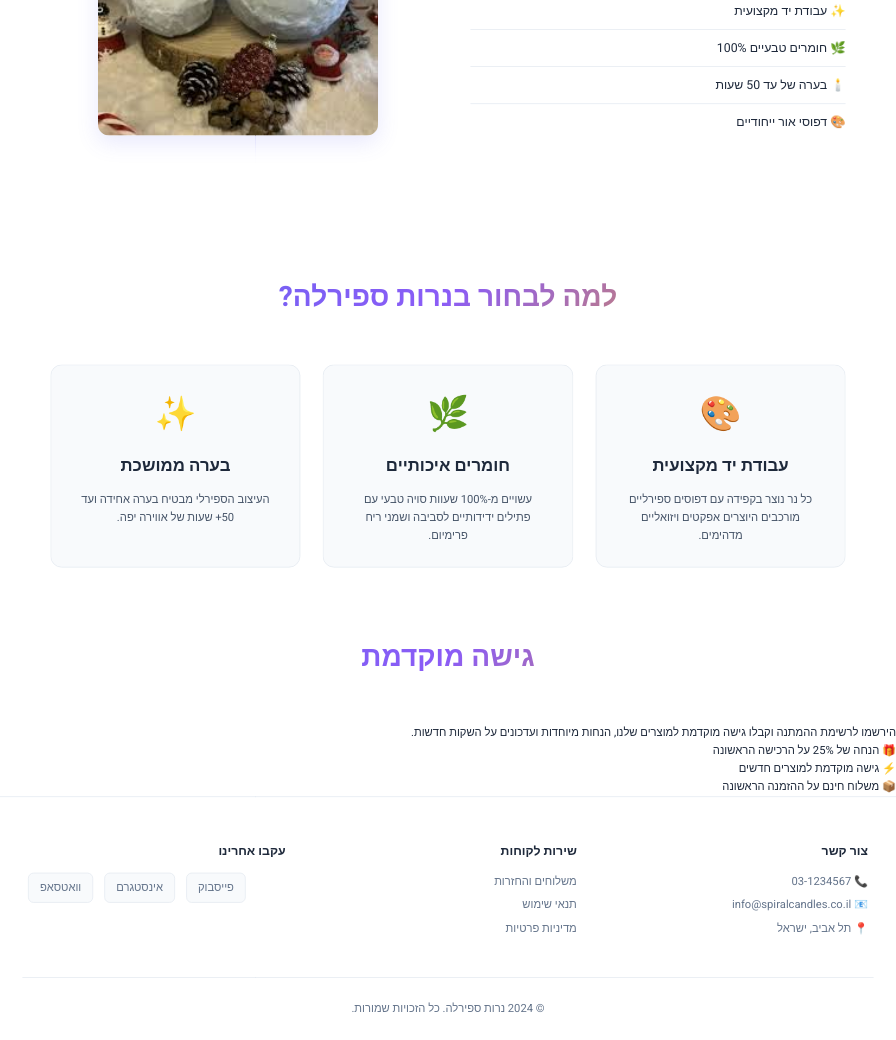
Repository: AvitaRoi/spiralcandles
Page: index.html
These files come from the project's save history. The page is drawn as it stood at one moment and after the next save; the edit follows.
The browser window is 1280 px wide. The pictures show the part of the page from y = 1214 to 3134 px (the page is 2700 px tall before and 3134 px after), at 70% of full size.

Above is the page before, as saved 2025-09-21 20:05:08.

### index.html
<!DOCTYPE html>
<html lang="he" dir="rtl">
<head>
    <meta charset="UTF-8">
    <meta name="viewport" content="width=device-width, initial-scale=1.0">
    <title>נרות ספירלה - חנות הנרות המיוחדת</title>
    <link rel="stylesheet" href="styles.css">
    <link href="https://fonts.googleapis.com/css2?family=Heebo:wght@300;400;500;600;700&display=swap" rel="stylesheet">
</head>
<body>
    <div class="container">
        <!-- Header -->
        <header class="header">
            <div class="nav-container">
                <div class="logo">
                    <span class="logo-text">נרות ספירלה</span>
                </div>
                <nav class="main-nav">
                    <a href="#products">מוצרים</a>
                    <a href="#about">אודות</a>
                    <a href="#contact">צור קשר</a>
                    <div class="cart-icon">
                        <svg width="24" height="24" viewBox="0 0 24 24" fill="none">
                            <path d="M3 3H5L5.4 5M7 13H17L21 5H5.4M7 13L5.4 5M7 13L4.7 15.3C4.3 15.7 4.6 16.5 5.1 16.5H17M17 13V17C17 18.1 16.1 19 15 19H9C7.9 19 7 18.1 7 17V13H17Z" stroke="currentColor" stroke-width="2" stroke-linecap="round" stroke-linejoin="round"/>
                        </svg>
                        <span class="cart-count">0</span>
                    </div>
                </nav>
            </div>
        </header>

        <!-- Hero Section -->
        <main class="hero">
            <div class="hero-content">
                <div class="hero-badge">
                    בקרוב
                </div>
                <h1 class="hero-title">
                    האירו את הבית שלכם עם <br>
                    <span class="gradient-text">נרות ספירלה בעבודת יד</span>
                </h1>
                <p class="hero-description">
                    חוו את השילוב המושלם של אמנות ואווירה. הנרות הספירליים הייחודיים שלנו
                    יוצרים דפוסי אור מהפנטים ומקיפים את המרחב שלכם בריחות פרימיום.
                </p>

                <!-- Waitlist Form -->
                <div class="waitlist-form">
                    <form id="waitlist-signup" class="form">
                        <div class="input-group">
                            <input
                                type="email"
                                id="email"
                                placeholder="הכניסו את כתובת המייל שלכם"
                                required
                                class="email-input"
                            >
                            <button type="submit" class="submit-btn">
                                הצטרפו לרשימת ההמתנה
                                <svg class="arrow-icon" width="16" height="16" viewBox="0 0 16 16" fill="none">
                                    <path d="M8 0L9.41 1.41L3.83 7H16V9H3.83L9.41 14.59L8 16L0 8L8 0Z" fill="currentColor"/>
                                </svg>
                            </button>
                        </div>
                    </form>

                    <div class="success-message" id="success-message">
                        <svg class="check-icon" width="20" height="20" viewBox="0 0 20 20" fill="none">
                            <circle cx="10" cy="10" r="10" fill="#10B981"/>
                            <path d="M6 10L8.5 12.5L14 7" stroke="white" stroke-width="2" stroke-linecap="round" stroke-linejoin="round"/>
                        </svg>
                        <span>תודה! נוסף לרשימה. נעדכן אתכם כשנשיק.</span>
                    </div>
                </div>

                <!-- Social Proof -->
                <div class="social-proof">
                    <span class="counter">2,847</span>
                    <span class="counter-text">אנשים כבר נרשמו</span>
                </div>
            </div>

            <!-- Hero Visual -->
            <div class="hero-visual">
                <div class="product-image-container">
                    <img src="/Users/roiavita/Desktop/Roi/Finalle/spiralcandles/public/main-candle-1.jpeg"
                         alt="נר ספירלה בעבודת יד"
                         class="main-product-image">
                </div>
            </div>
        </main>

        <!-- Preview Section -->
        <section class="preview-section" id="preview">
            <h2 class="section-title">קצת על המוצר</h2>
            <div class="preview-content">
                <div class="preview-text">
                    <h3>נרות ספירלה ייחודיים</h3>
                    <p>הנרות שלנו נוצרים בקפידה בעבודת יד, כל אחד עם דפוס ספירלי ייחודי שיוצר אפקטי אור מדהימים בחדר שלכם.</p>
                    <ul class="feature-list">
                        <li>✨ עבודת יד מקצועית</li>
                        <li>🌿 חומרים טבעיים 100%</li>
                        <li>🕯️ בערה של עד 50 שעות</li>
                        <li>🎨 דפוסי אור ייחודיים</li>
                    </ul>
                </div>
                <div class="preview-image">
                    <img src="/Users/roiavita/Desktop/Roi/Finalle/spiralcandles/public/main-candle-1.jpeg"
                         alt="פרטי נר ספירלה"
                         class="detail-image">
                </div>
            </div>
        </section>

        <!-- Features Section -->
        <section class="features" id="about">
            <h2 class="features-title">למה לבחור בנרות ספירלה?</h2>
            <div class="features-grid">
                <div class="feature-card">
                    <div class="feature-icon">🎨</div>
                    <h3>עבודת יד מקצועית</h3>
                    <p>כל נר נוצר בקפידה עם דפוסים ספירליים מורכבים היוצרים אפקטים ויזואליים מדהימים.</p>
                </div>
                <div class="feature-card">
                    <div class="feature-icon">🌿</div>
                    <h3>חומרים איכותיים</h3>
                    <p>עשויים מ-100% שעוות סויה טבעי עם פתילים ידידותיים לסביבה ושמני ריח פרימיום.</p>
                </div>
                <div class="feature-card">
                    <div class="feature-icon">✨</div>
                    <h3>בערה ממושכת</h3>
                    <p>העיצוב הספירלי מבטיח בערה אחידה ועד 50+ שעות של אווירה יפה.</p>
                </div>
            </div>
        </section>

        <!-- Early Access -->
        <section class="early-access">
            <div class="early-access-content">
                <h2 class="section-title">גישה מוקדמת</h2>
                <p class="early-access-description">
                    הירשמו לרשימת ההמתנה וקבלו גישה מוקדמת למוצרים שלנו,
                    הנחות מיוחדות ועדכונים על השקות חדשות.
                </p>
                <div class="benefits-list">
                    <div class="benefit-item">
                        <span class="benefit-icon">🎁</span>
                        <span>הנחה של 25% על הרכישה הראשונה</span>
                    </div>
                    <div class="benefit-item">
                        <span class="benefit-icon">⚡</span>
                        <span>גישה מוקדמת למוצרים חדשים</span>
                    </div>
                    <div class="benefit-item">
                        <span class="benefit-icon">📦</span>
                        <span>משלוח חינם על ההזמנה הראשונה</span>
                    </div>
                </div>
            </div>
        </section>

        <!-- Footer -->
        <footer class="footer" id="contact">
            <div class="footer-content">
                <div class="footer-section">
                    <h4>צור קשר</h4>
                    <p>📞 03-1234567</p>
                    <p>📧 info@spiralcandles.co.il</p>
                    <p>📍 תל אביב, ישראל</p>
                </div>
                <div class="footer-section">
                    <h4>שירות לקוחות</h4>
                    <a href="#">משלוחים והחזרות</a>
                    <a href="#">תנאי שימוש</a>
                    <a href="#">מדיניות פרטיות</a>
                </div>
                <div class="footer-section">
                    <h4>עקבו אחרינו</h4>
                    <div class="social-links">
                        <a href="#">פייסבוק</a>
                        <a href="#">אינסטגרם</a>
                        <a href="#">וואטסאפ</a>
                    </div>
                </div>
            </div>
            <div class="footer-bottom">
                <p>&copy; 2024 נרות ספירלה. כל הזכויות שמורות.</p>
            </div>
        </footer>
    </div>

    <script src="script.js"></script>
</body>
</html>

### styles.css
/* Reset and Base Styles */
* {
    margin: 0;
    padding: 0;
    box-sizing: border-box;
}

:root {
    --primary-color: #6366f1;
    --primary-dark: #4f46e5;
    --secondary-color: #f59e0b;
    --background: #ffffff;
    --surface: #f8fafc;
    --text-primary: #1e293b;
    --text-secondary: #475569;
    --text-muted: #64748b;
    --border-color: #e2e8f0;
    --success-color: #10b981;
    --gradient: linear-gradient(135deg, #6366f1 0%, #8b5cf6 50%, #f59e0b 100%);
    --glow: 0 0 30px rgba(99, 102, 241, 0.3);
}

body {
    font-family: 'Heebo', -apple-system, BlinkMacSystemFont, 'Segoe UI', sans-serif;
    background: var(--background);
    color: var(--text-primary);
    line-height: 1.6;
    overflow-x: hidden;
    direction: rtl;
}

.container {
    min-height: 100vh;
    position: relative;
}

/* Background Effects */
body::before {
    content: '';
    position: fixed;
    top: 0;
    left: 0;
    width: 100%;
    height: 100%;
    background:
        radial-gradient(circle at 20% 50%, rgba(99, 102, 241, 0.03) 0%, transparent 50%),
        radial-gradient(circle at 80% 20%, rgba(139, 92, 246, 0.03) 0%, transparent 50%),
        radial-gradient(circle at 40% 80%, rgba(245, 158, 11, 0.02) 0%, transparent 50%);
    pointer-events: none;
    z-index: -1;
}

/* Header */
.header {
    padding: 1.5rem 0;
    border-bottom: 1px solid var(--border-color);
}

.nav-container {
    max-width: 1200px;
    margin: 0 auto;
    padding: 0 2rem;
    display: flex;
    justify-content: space-between;
    align-items: center;
}

.logo-text {
    font-size: 1.5rem;
    font-weight: 700;
    background: var(--gradient);
    -webkit-background-clip: text;
    background-clip: text;
    -webkit-text-fill-color: transparent;
    color: transparent;
}

.main-nav {
    display: flex;
    align-items: center;
    gap: 2rem;
}

.main-nav a {
    color: var(--text-secondary);
    text-decoration: none;
    font-weight: 500;
    transition: color 0.3s ease;
}

.main-nav a:hover {
    color: var(--primary-color);
}

.cart-icon {
    position: relative;
    display: flex;
    align-items: center;
    color: var(--text-primary);
    cursor: pointer;
    transition: color 0.3s ease;
}

.cart-icon:hover {
    color: var(--primary-color);
}

.cart-count {
    position: absolute;
    top: -8px;
    left: -8px;
    background: var(--primary-color);
    color: white;
    border-radius: 50%;
    width: 18px;
    height: 18px;
    font-size: 0.75rem;
    display: flex;
    align-items: center;
    justify-content: center;
    font-weight: 600;
}

/* Hero Section */
.hero {
    display: grid;
    grid-template-columns: 1fr 1fr;
    gap: 4rem;
    max-width: 1200px;
    margin: 0 auto;
    padding: 4rem 2rem;
    align-items: center;
    min-height: 70vh;
}

.hero-content {
    max-width: 600px;
}

.hero-badge {
    display: inline-block;
    padding: 0.5rem 1rem;
    background: rgba(99, 102, 241, 0.1);
    border: 1px solid rgba(99, 102, 241, 0.2);
    border-radius: 2rem;
    font-size: 0.875rem;
    font-weight: 500;
    color: var(--primary-color);
    margin-bottom: 2rem;
    animation: glow-pulse 2s ease-in-out infinite alternate;
}

@keyframes glow-pulse {
    from { box-shadow: 0 0 10px rgba(99, 102, 241, 0.1); }
    to { box-shadow: 0 0 20px rgba(99, 102, 241, 0.2); }
}

.hero-title {
    font-size: 3.5rem;
    font-weight: 700;
    line-height: 1.1;
    margin-bottom: 1.5rem;
    letter-spacing: -0.02em;
}

.gradient-text {
    background: var(--gradient);
    -webkit-background-clip: text;
    background-clip: text;
    -webkit-text-fill-color: transparent;
    color: transparent;
}

.hero-description {
    font-size: 1.25rem;
    color: var(--text-secondary);
    margin-bottom: 3rem;
    line-height: 1.6;
}

/* Waitlist Form */
.waitlist-form {
    margin-bottom: 2rem;
}

.form {
    position: relative;
}

.input-group {
    display: flex;
    gap: 1rem;
    margin-bottom: 1rem;
}

.email-input {
    flex: 1;
    padding: 1rem 1.5rem;
    background: var(--surface);
    border: 2px solid var(--border-color);
    border-radius: 0.75rem;
    color: var(--text-primary);
    font-size: 1rem;
    transition: all 0.3s ease;
}

.email-input:focus {
    outline: none;
    border-color: var(--primary-color);
    box-shadow: var(--glow);
}

.email-input::placeholder {
    color: var(--text-muted);
}

.submit-btn {
    padding: 1rem 2rem;
    background: var(--gradient);
    border: none;
    border-radius: 0.75rem;
    color: white;
    font-weight: 600;
    font-size: 1rem;
    cursor: pointer;
    display: flex;
    align-items: center;
    gap: 0.5rem;
    transition: all 0.3s ease;
    white-space: nowrap;
}

.submit-btn:hover {
    transform: translateY(-2px);
    box-shadow: 0 10px 25px rgba(99, 102, 241, 0.3);
}

.submit-btn:active {
    transform: translateY(0);
}

.arrow-icon {
    transition: transform 0.3s ease;
}

.submit-btn:hover .arrow-icon {
    transform: translateX(-4px);
}

.success-message {
    display: none;
    align-items: center;
    gap: 0.75rem;
    padding: 1rem 1.5rem;
    background: rgba(16, 185, 129, 0.1);
    border: 1px solid rgba(16, 185, 129, 0.3);
    border-radius: 0.75rem;
    color: var(--success-color);
    font-weight: 500;
    animation: slide-in 0.5s ease;
}

.success-message.show {
    display: flex;
}

@keyframes slide-in {
    from {
        opacity: 0;
        transform: translateY(10px);
    }
    to {
        opacity: 1;
        transform: translateY(0);
    }
}

/* Social Proof */
.social-proof {
    display: flex;
    align-items: center;
    gap: 0.5rem;
    color: var(--text-muted);
}

.counter {
    font-weight: 600;
    color: var(--primary-color);
    font-size: 1.1rem;
}

/* Hero Visual */
.hero-visual {
    display: flex;
    justify-content: center;
    align-items: center;
    position: relative;
}

.product-image-container {
    position: relative;
    width: 400px;
    height: 500px;
    display: flex;
    justify-content: center;
    align-items: center;
    background: linear-gradient(135deg, rgba(99, 102, 241, 0.05) 0%, rgba(139, 92, 246, 0.05) 100%);
    border-radius: 2rem;
    overflow: hidden;
    box-shadow: 0 20px 60px rgba(99, 102, 241, 0.1);
}

.main-product-image {
    width: 100%;
    height: 100%;
    object-fit: cover;
    border-radius: 2rem;
    transition: transform 0.3s ease;
}

.main-product-image:hover {
    transform: scale(1.05);
}

/* Preview Section */
.preview-section {
    padding: 6rem 2rem;
    max-width: 1200px;
    margin: 0 auto;
}

.section-title {
    font-size: 2.5rem;
    font-weight: 700;
    margin-bottom: 4rem;
    background: var(--gradient);
    -webkit-background-clip: text;
    background-clip: text;
    -webkit-text-fill-color: transparent;
    color: transparent;
    text-align: center;
}

.preview-content {
    display: grid;
    grid-template-columns: 1fr 1fr;
    gap: 4rem;
    align-items: center;
}

.preview-text h3 {
    font-size: 2rem;
    font-weight: 600;
    margin-bottom: 1.5rem;
    color: var(--text-primary);
}

.preview-text p {
    font-size: 1.1rem;
    color: var(--text-secondary);
    line-height: 1.6;
    margin-bottom: 2rem;
}

.feature-list {
    list-style: none;
    padding: 0;
}

.feature-list li {
    padding: 0.75rem 0;
    font-size: 1.1rem;
    color: var(--text-primary);
    border-bottom: 1px solid var(--border-color);
}

.feature-list li:last-child {
    border-bottom: none;
}

.preview-image {
    display: flex;
    justify-content: center;
    align-items: center;
}

.detail-image {
    width: 100%;
    max-width: 400px;
    height: auto;
    border-radius: 1rem;
    box-shadow: 0 10px 30px rgba(99, 102, 241, 0.15);
    transition: transform 0.3s ease;
}

.detail-image:hover {
    transform: scale(1.02);
}

/* Features Section */
.features {
    padding: 6rem 2rem;
    max-width: 1200px;
    margin: 0 auto;
    text-align: center;
}

.features-title {
    font-size: 2.5rem;
    font-weight: 700;
    margin-bottom: 4rem;
    background: var(--gradient);
    -webkit-background-clip: text;
    background-clip: text;
    -webkit-text-fill-color: transparent;
    color: transparent;
}

.features-grid {
    display: grid;
    grid-template-columns: repeat(auto-fit, minmax(300px, 1fr));
    gap: 2rem;
}

.feature-card {
    padding: 2rem;
    background: var(--surface);
    border: 1px solid var(--border-color);
    border-radius: 1rem;
    transition: all 0.3s ease;
}

.feature-card:hover {
    transform: translateY(-5px);
    border-color: var(--primary-color);
    box-shadow: 0 10px 30px rgba(99, 102, 241, 0.1);
}

.feature-icon {
    font-size: 3rem;
    margin-bottom: 1rem;
}

.feature-card h3 {
    font-size: 1.5rem;
    font-weight: 600;
    margin-bottom: 1rem;
    color: var(--text-primary);
}

.feature-card p {
    color: var(--text-secondary);
    line-height: 1.6;
}

/* Testimonials Section */
.testimonials {
    padding: 6rem 2rem;
    max-width: 1200px;
    margin: 0 auto;
    text-align: center;
    background: rgba(99, 102, 241, 0.03);
    border-radius: 2rem;
}

.testimonials-grid {
    display: grid;
    grid-template-columns: repeat(auto-fit, minmax(300px, 1fr));
    gap: 2rem;
}

.testimonial-card {
    padding: 2rem;
    background: var(--surface);
    border: 1px solid var(--border-color);
    border-radius: 1rem;
    transition: all 0.3s ease;
}

.testimonial-card:hover {
    transform: translateY(-5px);
    border-color: var(--primary-color);
    box-shadow: 0 10px 30px rgba(99, 102, 241, 0.1);
}

.testimonial-card .rating {
    justify-content: center;
    margin-bottom: 1rem;
}

.testimonial-card p {
    color: var(--text-secondary);
    font-style: italic;
    margin-bottom: 1rem;
    line-height: 1.6;
}

.customer-name {
    color: var(--text-primary);
    font-weight: 600;
}

/* Footer */
.footer {
    padding: 4rem 2rem 2rem;
    border-top: 1px solid var(--border-color);
    color: var(--text-muted);
}

.footer-content {
    max-width: 1200px;
    margin: 0 auto;
    display: grid;
    grid-template-columns: repeat(auto-fit, minmax(250px, 1fr));
    gap: 3rem;
    text-align: right;
}

.footer-section h4 {
    color: var(--text-primary);
    font-weight: 600;
    margin-bottom: 1rem;
    font-size: 1.1rem;
}

.footer-section p {
    margin-bottom: 0.5rem;
    line-height: 1.6;
}

.footer-section a {
    display: block;
    color: var(--text-muted);
    text-decoration: none;
    margin-bottom: 0.5rem;
    transition: color 0.3s ease;
}

.footer-section a:hover {
    color: var(--primary-color);
}

.social-links {
    display: flex;
    gap: 1rem;
    justify-content: flex-end;
}

.social-links a {
    display: inline-block;
    padding: 0.5rem 1rem;
    background: var(--surface);
    border: 1px solid var(--border-color);
    border-radius: 0.5rem;
    transition: all 0.3s ease;
}

.social-links a:hover {
    border-color: var(--primary-color);
    color: var(--primary-color);
    transform: translateY(-2px);
}

.footer-bottom {
    margin-top: 3rem;
    padding-top: 2rem;
    border-top: 1px solid var(--border-color);
    text-align: center;
}

/* Responsive Design */
@media (max-width: 768px) {
    .nav-container {
        padding: 0 1rem;
        flex-direction: column;
        gap: 1rem;
    }

    .main-nav {
        gap: 1.5rem;
    }

    .hero {
        grid-template-columns: 1fr;
        gap: 2rem;
        text-align: center;
        padding: 2rem 1rem;
    }

    .hero-visual {
        order: -1;
    }

    .candle-mockup {
        width: 200px;
        height: 300px;
    }

    .spiral-candle {
        width: 80px;
        height: 200px;
    }

    .hero-title {
        font-size: 2.5rem;
    }

    .hero-description {
        font-size: 1.1rem;
    }

    .action-buttons {
        flex-direction: column;
    }

    .quantity-selector {
        justify-content: center;
    }

    .social-proof {
        justify-content: center;
    }

    .section-title, .features-title {
        font-size: 2rem;
    }

    .products-grid, .features-grid, .testimonials-grid {
        grid-template-columns: 1fr;
    }

    .footer-content {
        grid-template-columns: 1fr;
        text-align: center;
        gap: 2rem;
    }

    .social-links {
        justify-content: center;
    }
}

@media (max-width: 480px) {
    .hero-title {
        font-size: 2rem;
    }

    .price {
        font-size: 2rem;
    }

    .feature-card, .product-card, .testimonial-card {
        padding: 1.5rem;
    }

    .product-info {
        text-align: center;
    }

    .product-price {
        justify-content: center;
    }
}

Loaded but not shown: script.js (501 lines, source omitted)

After the next save:
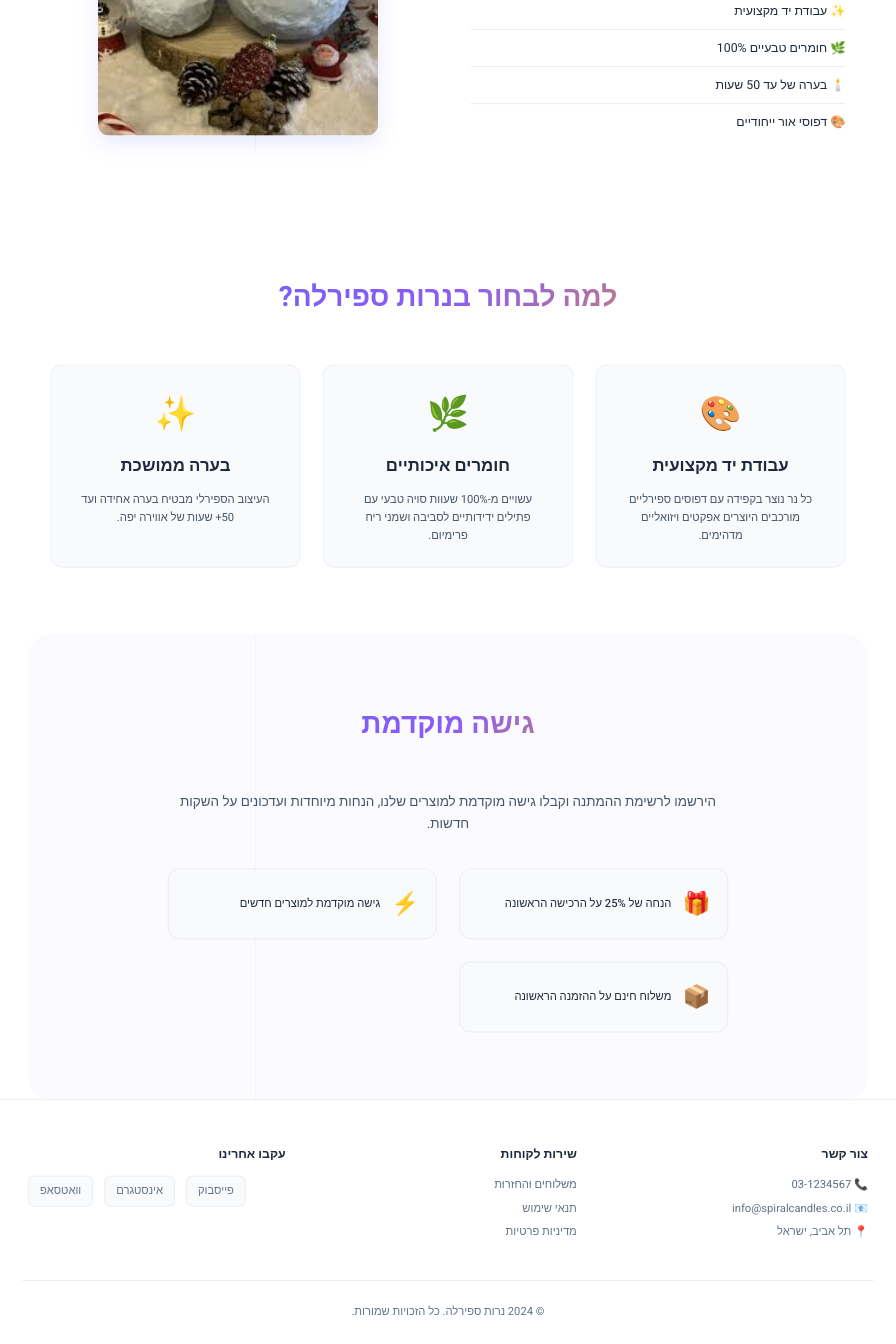
Saved 18 s later.
--- a/styles.css
+++ b/styles.css
@@ -453,8 +453,8 @@
     line-height: 1.6;
 }
 
-/* Testimonials Section */
-.testimonials {
+/* Early Access Section */
+.early-access {
     padding: 6rem 2rem;
     max-width: 1200px;
     margin: 0 auto;
@@ -463,41 +463,49 @@
     border-radius: 2rem;
 }
 
-.testimonials-grid {
+.early-access-content {
+    max-width: 800px;
+    margin: 0 auto;
+}
+
+.early-access-description {
+    font-size: 1.2rem;
+    color: var(--text-secondary);
+    line-height: 1.6;
+    margin-bottom: 3rem;
+}
+
+.benefits-list {
     display: grid;
-    grid-template-columns: repeat(auto-fit, minmax(300px, 1fr));
+    grid-template-columns: repeat(auto-fit, minmax(250px, 1fr));
     gap: 2rem;
-}
-
-.testimonial-card {
-    padding: 2rem;
+    margin-top: 3rem;
+}
+
+.benefit-item {
+    display: flex;
+    align-items: center;
+    gap: 1rem;
+    padding: 1.5rem;
     background: var(--surface);
     border: 1px solid var(--border-color);
     border-radius: 1rem;
     transition: all 0.3s ease;
 }
 
-.testimonial-card:hover {
-    transform: translateY(-5px);
+.benefit-item:hover {
+    transform: translateY(-3px);
     border-color: var(--primary-color);
-    box-shadow: 0 10px 30px rgba(99, 102, 241, 0.1);
-}
-
-.testimonial-card .rating {
-    justify-content: center;
-    margin-bottom: 1rem;
-}
-
-.testimonial-card p {
-    color: var(--text-secondary);
-    font-style: italic;
-    margin-bottom: 1rem;
-    line-height: 1.6;
-}
-
-.customer-name {
-    color: var(--text-primary);
-    font-weight: 600;
+    box-shadow: 0 8px 25px rgba(99, 102, 241, 0.1);
+}
+
+.benefit-icon {
+    font-size: 2rem;
+}
+
+.benefit-item span:last-child {
+    font-weight: 500;
+    color: var(--text-primary);
 }
 
 /* Footer */
